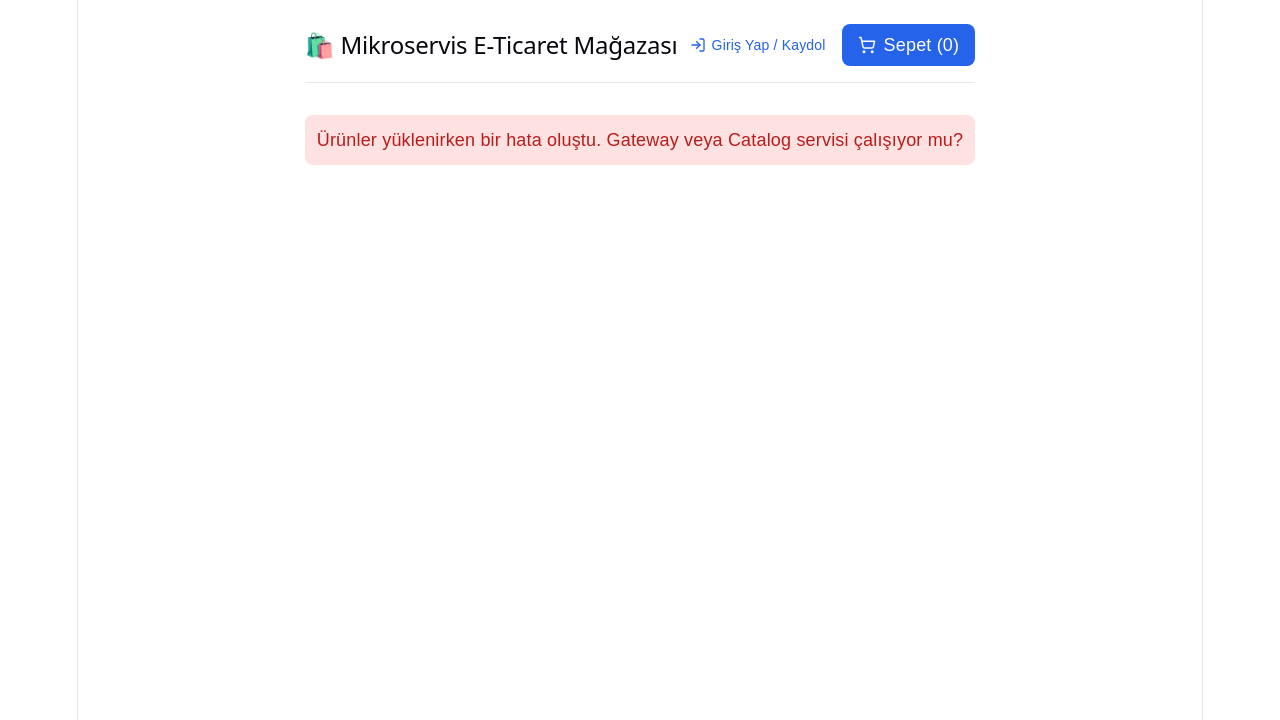
Repository: emir1958/EticaretMicroservice
Page: / (app in src/Clients/ecommerce-ui/)
An editor plug-in stored every save of this project. The page is shown before and after the next save, followed by the edit.
The browser window is 1280 px wide. The pictures show the whole page.
The page's requests for data from a server got no answer. The project was rebuilt for these pictures with package versions that can differ from the ones it lists, and the page was loaded fresh each time. No one was signed in, and anything a server would have sent is missing. Also part of the build but not shown: src/Clients/ecommerce-ui/vite.config.js, src/Clients/ecommerce-ui/src/hooks/useOrderHub.js, src/Clients/ecommerce-ui/src/pages/Checkout.jsx, src/Clients/ecommerce-ui/src/pages/Auth.jsx, src/Clients/ecommerce-ui/src/pages/AdminProduct.jsx, src/Clients/ecommerce-ui/src/components/ProtectedRoute.jsx.

Above is the page before, as saved 2026-09-15 10:09:55.

After the next save:
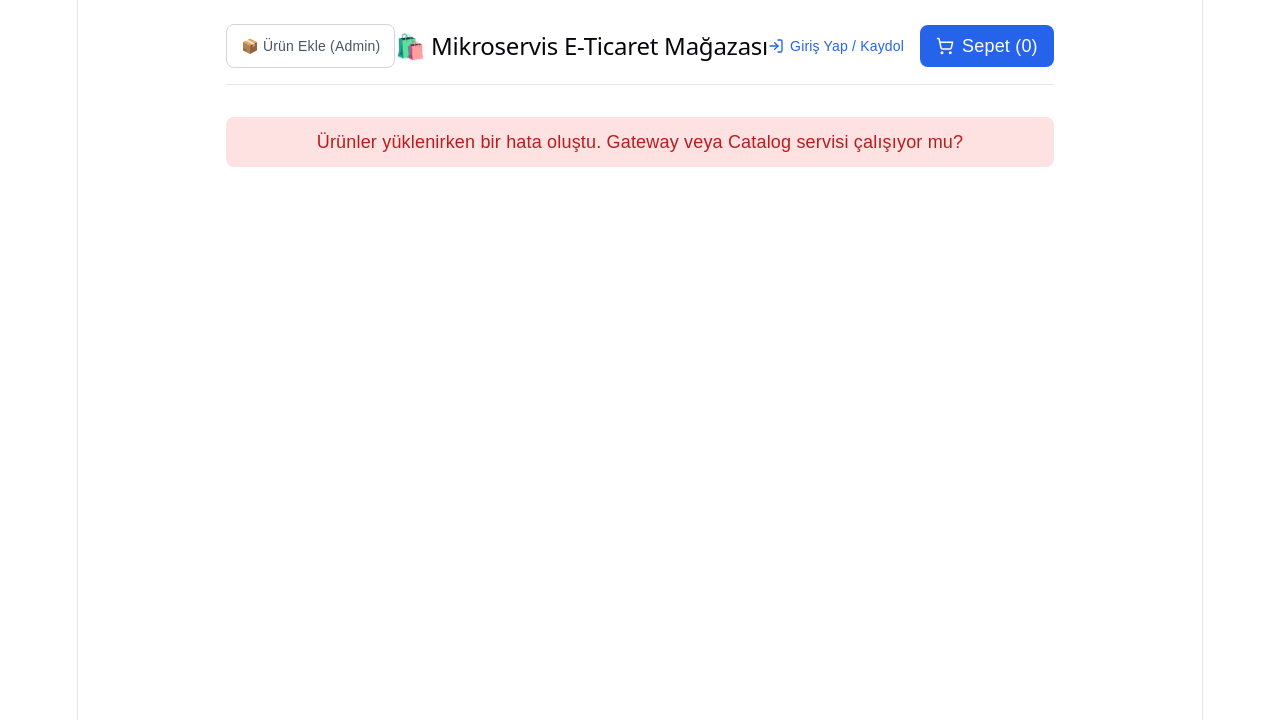
Saved 34 s later.
--- a/src/Clients/ecommerce-ui/src/pages/ProductList.jsx
+++ b/src/Clients/ecommerce-ui/src/pages/ProductList.jsx
@@ -62,6 +62,24 @@ export default function ProductList() {
           borderBottom: "1px solid #e5e7eb",
         }}
       >
+        <Link
+          to="/admin/products"
+          style={{
+            display: "flex",
+            alignItems: "center",
+            gap: "6px",
+            textDecoration: "none",
+            color: "#4b5563",
+            border: "1px solid #d1d5db",
+            padding: "8px 14px",
+            borderRadius: "8px",
+            fontSize: "14px",
+            fontWeight: "500",
+          }}
+        >
+          📦 Ürün Ekle (Admin)
+        </Link>
+
         <h2 style={{ margin: 0 }}>🛍️ Mikroservis E-Ticaret Mağazası</h2>
 
         <div style={{ display: "flex", alignItems: "center", gap: "16px" }}>
